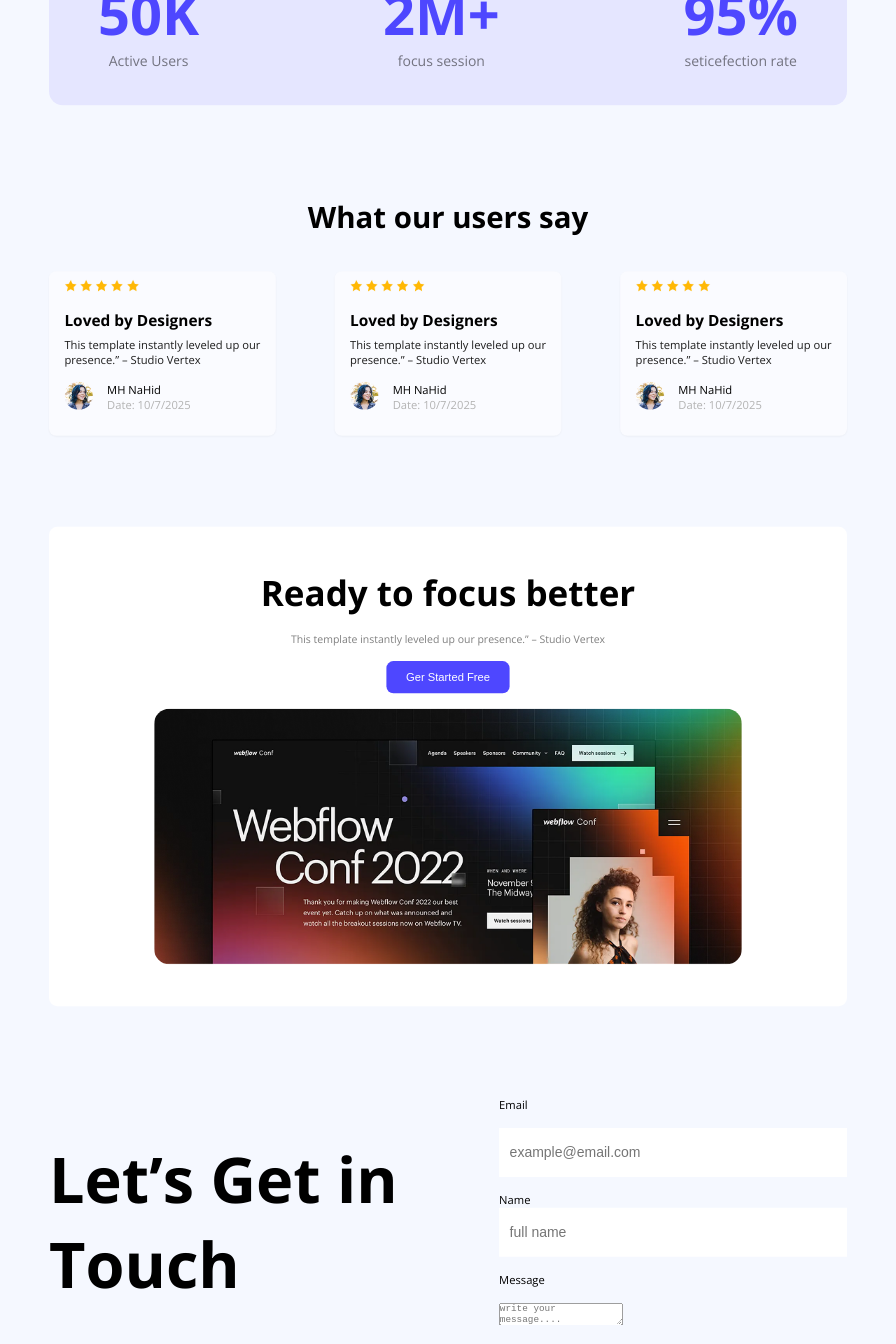
Repository: nahid-hasann/website-3
Page: index.html
An editor plug-in stored every save of this project. The page is shown before and after the next save, followed by the edit.
The browser window is 1280 px wide. The pictures show the part of the page from y = 1479 to 3399 px (the page is 3399 px tall before and 3377 px after), at 70% of full size.

Above is the page before, as saved 2025-07-10 22:30:23.

After the next save:
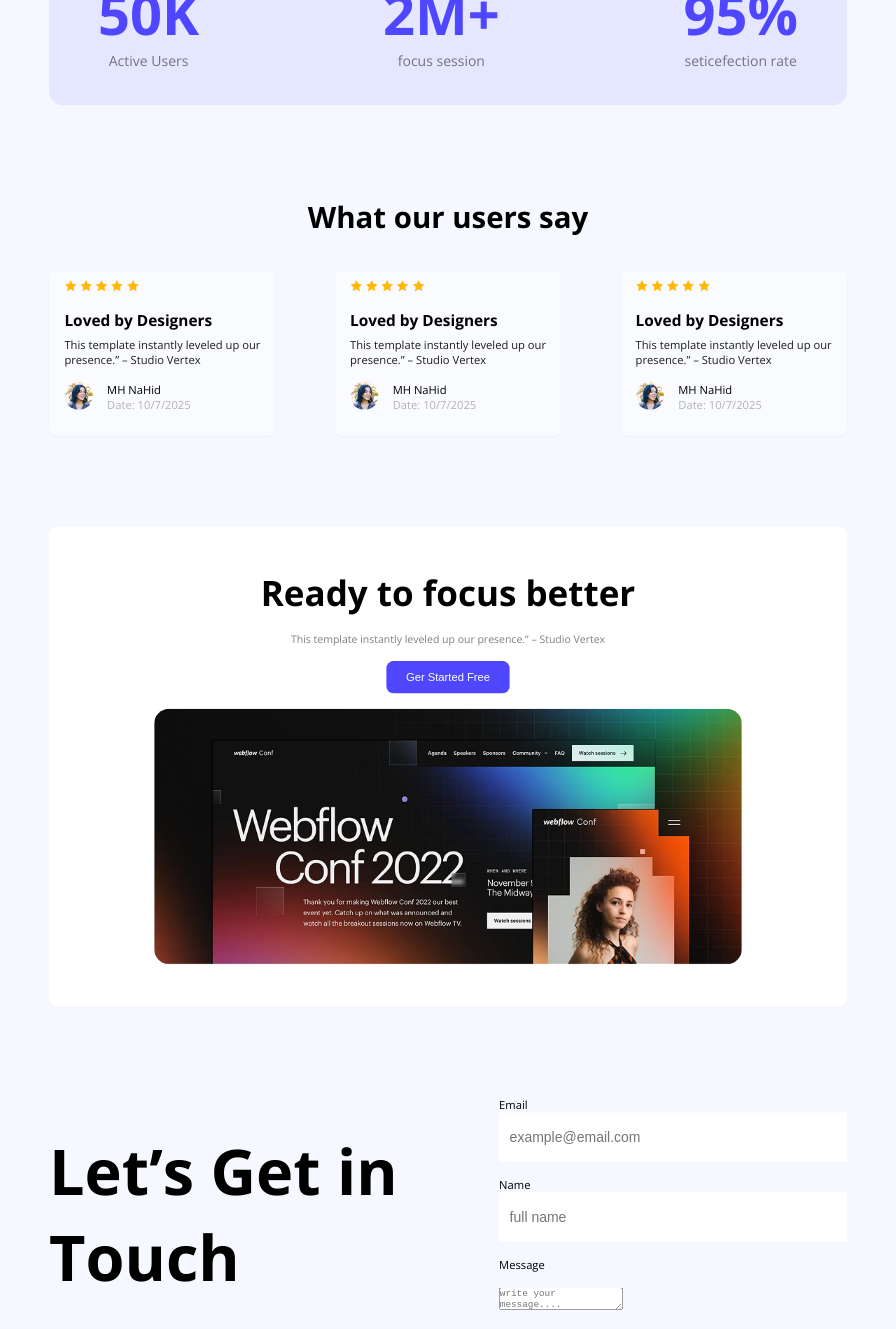
Saved 15 s later.
--- a/index.html
+++ b/index.html
@@ -177,7 +177,7 @@
 
     <form class="form" action="">
 
-        <label for="">Email</label> <br> <br>
+        <label for="">Email</label> <br>
         <input type="email" name="" placeholder="example@email.com" id=""> <br> <br>
         <label for="">Name</label> <br>
         <input type="text" placeholder="full name"> <br><br>
